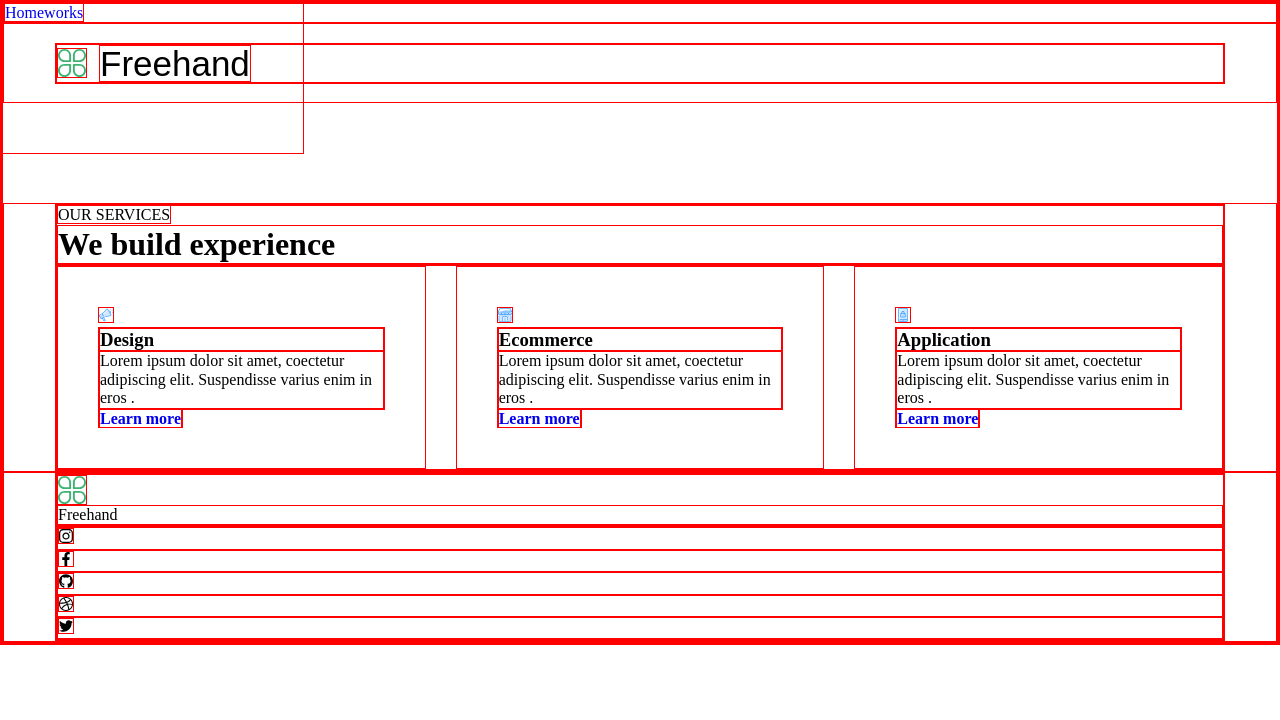
Repository: Tsiniavska/beetroot-test-project
Page: Homeworks/svg/index.html
An editor plug-in stored every save of this project. The page is shown before and after the next save, followed by the edit.
The browser window is 1280 px wide. The pictures show the whole page.
Some web fonts or font styles are not loaded; a fallback is used.

Above is the page before, as saved 2024-02-28 22:16:06.

### Homeworks/svg/index.html
<!DOCTYPE html>
<html lang="en">
  <head>
    <meta charset="UTF-8" />
    <meta name="viewport" content="width=device-width, initial-scale=1.0" />
    <title>SVG</title>
    <!-- Fonts -->

    <link rel="preconnect" href="https://fonts.googleapis.com" />
    <link rel="preconnect" href="https://fonts.gstatic.com" crossorigin />
    <link
      href="https://fonts.googleapis.com/css2?family=Nunito+Sans:ital,opsz,wght@0,6..12,200..1000;1,6..12,200..1000&family=Roboto&display=swap"
      rel="stylesheet"
    />
    <link rel="preconnect" href="https://fonts.googleapis.com" />
    <link rel="preconnect" href="https://fonts.gstatic.com" crossorigin />
    <link
      href="https://fonts.googleapis.com/css2?family=Quicksand:wght@500&display=swap"
      rel="stylesheet"
    />

    <!-- Styles -->
    <link rel="stylesheet" href="../../styles/normalize.css" />
    <link rel="stylesheet" href="../../styles/main.css" />
    <link rel="stylesheet" href="./index.css" />
    <link rel="stylesheet" href="./variables.css" />
  </head>
  <body>
    <!-- Icons -->
    <svg
      aria-hidden="true"
      style="position: absolute; overflow: hidden"
      xmlns="http://www.w3.org/2000/svg"
      xmlns:xlink="http://www.w3.org/1999/xlink"
    >
      <defs>
        <symbol id="icon-logo" viewBox="0 0 32 32">
          <path
            d="M7.467 0c-4.124 0-7.467 3.343-7.467 7.467s3.343 7.467 7.467 7.467v0h6.4c0.589 0 1.067-0.478 1.067-1.067v0-6.4c0-4.124-3.343-7.467-7.467-7.467v0zM2.133 7.467c0-2.946 2.388-5.333 5.333-5.333s5.333 2.388 5.333 5.333v0 5.333h-5.333c-2.946 0-5.333-2.388-5.333-5.333v0zM7.467 32c-4.124 0-7.467-3.343-7.467-7.467s3.343-7.467 7.467-7.467v0h6.4c0.589 0 1.067 0.478 1.067 1.067v0 6.4c0 4.124-3.343 7.467-7.467 7.467v0zM2.133 24.533c0 2.945 2.388 5.333 5.333 5.333s5.333-2.388 5.333-5.333v0-5.333h-5.333c-2.946 0-5.333 2.388-5.333 5.333v0zM32 7.467c0-4.124-3.343-7.467-7.467-7.467s-7.467 3.343-7.467 7.467v0 6.4c0 0.589 0.478 1.067 1.067 1.067v0h6.4c4.124 0 7.467-3.343 7.467-7.467v0zM24.533 2.133c2.945 0 5.333 2.388 5.333 5.333s-2.388 5.333-5.333 5.333v0h-5.333v-5.333c0-2.946 2.388-5.333 5.333-5.333v0zM24.533 32c4.124 0 7.467-3.343 7.467-7.467s-3.343-7.467-7.467-7.467v0h-6.4c-0.589 0-1.067 0.478-1.067 1.067v0 6.4c0 4.124 3.343 7.467 7.467 7.467v0zM29.867 24.533c0 2.945-2.388 5.333-5.333 5.333s-5.333-2.388-5.333-5.333v0-5.333h5.333c2.945 0 5.333 2.388 5.333 5.333v0z"
          ></path>
        </symbol>
        <symbol id="icon-twitter" viewBox="0 0 32 32">
          <path
            d="M28.711 9.482c0.020 0.284 0.020 0.569 0.020 0.853 0 8.67-6.599 18.66-18.66 18.66-3.716 0-7.168-1.076-10.071-2.944 0.528 0.061 1.036 0.081 1.584 0.081 3.066 0 5.888-1.036 8.142-2.802-2.883-0.061-5.3-1.949-6.132-4.548 0.406 0.061 0.812 0.102 1.239 0.102 0.589 0 1.178-0.081 1.726-0.223-3.005-0.609-5.259-3.249-5.259-6.437v-0.081c0.873 0.487 1.888 0.792 2.964 0.832-1.766-1.178-2.924-3.188-2.924-5.462 0-1.218 0.325-2.335 0.893-3.31 3.228 3.98 8.081 6.579 13.523 6.863-0.101-0.487-0.162-0.995-0.162-1.502 0-3.614 2.924-6.558 6.558-6.558 1.888 0 3.594 0.792 4.792 2.071 1.482-0.284 2.904-0.833 4.163-1.584-0.487 1.523-1.523 2.802-2.883 3.614 1.32-0.142 2.599-0.508 3.777-1.015-0.893 1.299-2.010 2.457-3.289 3.391z"
          ></path>
        </symbol>
        <symbol id="icon-facebook" viewBox="0 0 32 32">
          <path
            d="M23.446 18l0.889-5.791h-5.557v-3.758c0-1.584 0.776-3.129 3.265-3.129h2.526v-4.931c0 0-2.293-0.391-4.484-0.391-4.576 0-7.567 2.774-7.567 7.795v4.414h-5.087v5.791h5.087v14h6.261v-14h4.668z"
          ></path>
        </symbol>
        <symbol id="icon-instagram" viewBox="0 0 32 32">
          <path
            d="M16.004 7.797c-4.54 0-8.203 3.662-8.203 8.203s3.662 8.203 8.203 8.203 8.203-3.662 8.203-8.203c0-4.54-3.662-8.203-8.203-8.203zM16.004 21.333c-2.934 0-5.333-2.392-5.333-5.333s2.392-5.333 5.333-5.333 5.333 2.392 5.333 5.333c0 2.941-2.399 5.333-5.333 5.333zM26.455 7.462c0 1.064-0.857 1.913-1.913 1.913-1.064 0-1.913-0.857-1.913-1.913s0.857-1.913 1.913-1.913c1.057 0 1.913 0.857 1.913 1.913zM31.887 9.404c-0.121-2.563-0.707-4.833-2.584-6.703-1.87-1.87-4.14-2.456-6.703-2.584-2.641-0.15-10.558-0.15-13.2 0-2.556 0.121-4.826 0.707-6.703 2.577s-2.456 4.141-2.584 6.703c-0.15 2.641-0.15 10.558 0 13.2 0.121 2.563 0.707 4.833 2.584 6.703s4.141 2.456 6.703 2.584c2.641 0.15 10.558 0.15 13.2 0 2.563-0.121 4.833-0.707 6.703-2.584 1.87-1.87 2.456-4.141 2.584-6.703 0.15-2.641 0.15-10.551 0-13.193zM28.475 25.431c-0.557 1.399-1.635 2.477-3.041 3.041-2.106 0.835-7.103 0.642-9.43 0.642s-7.332 0.186-9.43-0.642c-1.399-0.557-2.477-1.635-3.041-3.041-0.835-2.106-0.643-7.103-0.643-9.431s-0.186-7.332 0.643-9.43c0.557-1.399 1.635-2.477 3.041-3.041 2.106-0.835 7.103-0.643 9.43-0.643s7.332-0.186 9.43 0.643c1.399 0.557 2.477 1.635 3.041 3.041 0.835 2.106 0.643 7.103 0.643 9.43s0.193 7.332-0.643 9.431z"
          ></path>
        </symbol>
        <symbol id="icon-github" viewBox="0 0 32 32">
          <path
            d="M10.703 25.522c0 0.129-0.148 0.232-0.335 0.232-0.213 0.019-0.361-0.084-0.361-0.232 0-0.129 0.148-0.232 0.335-0.232 0.194-0.019 0.361 0.084 0.361 0.232zM8.697 25.232c-0.045 0.129 0.084 0.277 0.277 0.316 0.168 0.065 0.361 0 0.4-0.129s-0.084-0.277-0.277-0.336c-0.168-0.045-0.355 0.019-0.4 0.148zM11.548 25.122c-0.187 0.045-0.316 0.168-0.297 0.316 0.019 0.129 0.187 0.213 0.381 0.168 0.187-0.045 0.316-0.168 0.297-0.297-0.019-0.123-0.194-0.206-0.381-0.187zM15.794 0.4c-8.948 0-15.794 6.794-15.794 15.742 0 7.155 4.503 13.277 10.935 15.432 0.826 0.148 1.116-0.361 1.116-0.781 0-0.4-0.019-2.607-0.019-3.961 0 0-4.516 0.968-5.465-1.923 0 0-0.736-1.877-1.794-2.361 0 0-1.477-1.013 0.103-0.993 0 0 1.606 0.129 2.49 1.664 1.413 2.49 3.781 1.774 4.703 1.348 0.148-1.032 0.568-1.748 1.032-2.174-3.606-0.4-7.245-0.923-7.245-7.129 0-1.774 0.49-2.665 1.523-3.8-0.168-0.419-0.716-2.148 0.168-4.381 1.348-0.419 4.452 1.742 4.452 1.742 1.29-0.361 2.677-0.548 4.052-0.548s2.761 0.187 4.052 0.548c0 0 3.103-2.168 4.452-1.742 0.884 2.239 0.336 3.961 0.168 4.381 1.032 1.142 1.664 2.032 1.664 3.8 0 6.226-3.8 6.723-7.406 7.129 0.594 0.51 1.097 1.477 1.097 2.993 0 2.174-0.019 4.865-0.019 5.394 0 0.419 0.297 0.929 1.116 0.781 6.452-2.142 10.826-8.264 10.826-15.419 0-8.948-7.258-15.742-16.206-15.742zM6.271 22.651c-0.084 0.064-0.064 0.213 0.045 0.335 0.103 0.103 0.252 0.148 0.335 0.065 0.084-0.065 0.064-0.213-0.045-0.336-0.103-0.103-0.252-0.148-0.335-0.064zM5.574 22.129c-0.045 0.084 0.019 0.187 0.148 0.252 0.103 0.064 0.232 0.045 0.277-0.045 0.045-0.084-0.019-0.187-0.148-0.252-0.129-0.039-0.232-0.019-0.277 0.045zM7.665 24.425c-0.103 0.084-0.064 0.277 0.084 0.4 0.148 0.148 0.336 0.168 0.419 0.065 0.084-0.084 0.045-0.277-0.084-0.4-0.142-0.148-0.335-0.168-0.419-0.065zM6.929 23.477c-0.103 0.064-0.103 0.232 0 0.381s0.277 0.213 0.361 0.148c0.103-0.084 0.103-0.252 0-0.4-0.090-0.148-0.258-0.213-0.361-0.129z"
          ></path>
        </symbol>
        <symbol id="icon-dribbble" viewBox="0 0 32 32">
          <path
            d="M16 0c-8.822 0-16 7.178-16 16s7.178 16 16 16c8.822 0 16-7.178 16-16s-7.178-16-16-16zM26.579 7.378c1.903 2.326 3.056 5.288 3.086 8.513-0.451-0.095-4.969-1.012-9.516-0.44-0.371-0.906-0.721-1.703-1.201-2.685 5.053-2.063 7.343-4.999 7.631-5.389zM25.059 5.798c-0.246 0.35-2.303 3.115-7.163 4.937-2.239-4.115-4.722-7.495-5.099-8.001 4.334-1.045 8.901 0.082 12.262 3.064zM10.19 3.653c0.36 0.494 2.802 3.878 5.067 7.904-6.393 1.698-12.023 1.673-12.634 1.665 0.886-4.241 3.744-7.765 7.568-9.569zM2.334 16.021c0-0.14 0.003-0.279 0.007-0.418 0.598 0.012 7.221 0.098 14.046-1.945 0.391 0.766 0.765 1.543 1.108 2.319-4.942 1.392-9.432 5.389-11.647 9.181-2.183-2.423-3.513-5.628-3.513-9.138zM7.611 26.802c1.428-2.918 5.302-6.685 10.811-8.565 1.919 4.986 2.712 9.165 2.915 10.364-4.394 1.872-9.678 1.358-13.727-1.799zM23.636 27.35c-0.14-0.831-0.867-4.832-2.655-9.744 4.283-0.685 8.045 0.437 8.513 0.584-0.609 3.803-2.792 7.087-5.858 9.16z"
          ></path>
        </symbol>
        <symbol id="icon-phone" viewBox="0 0 32 32">
          <path
            class="icon-change-color"
            fill="#d1e7ff"
            style="fill: var(--color1, #d1e7ff)"
            d="M23.839 0.533c1.259 0 2.28 0.955 2.28 2.133v26.667c0 1.178-1.021 2.133-2.28 2.133h-15.678c-1.259 0-2.28-0.955-2.28-2.133v-26.667c0-1.178 1.021-2.133 2.28-2.133h15.678z"
          ></path>
          <path
            class="icon-change-color"
            fill="#b9dcff"
            style="fill: var(--color2, #b9dcff)"
            d="M19.586 11.981c0.546 0 1.003 0.385 1.063 0.892l0.762 6.552c0.069 0.591-0.426 1.108-1.063 1.108h-8.697c-0.636 0-1.132-0.517-1.063-1.108l0.762-6.552c0.059-0.507 0.517-0.892 1.063-0.892h7.172z"
          ></path>
          <path
            class="icon-change-color"
            fill="#e8f3ff"
            style="fill: var(--color3, #e8f3ff)"
            d="M23.947 0.536c1.834 0.080 1.737 2.664-0.099 2.664h-7.42c-4.251 0-7.696 3.224-7.696 7.2v21.067h-0.57c-1.259 0-2.28-0.955-2.28-2.133v-26.667c0-1.178 1.021-2.133 2.28-2.133 0.103 0 15.702-0.001 15.786 0.002z"
          ></path>
          <path
            class="icon-change-color"
            fill="#b9dcff"
            style="fill: var(--color2, #b9dcff)"
            d="M26.119 26.8v2.533c0 1.178-1.021 2.133-2.28 2.133h-15.678c-1.259 0-2.28-0.955-2.28-2.133v-2.533h20.238z"
          ></path>
          <path
            class="icon-change-color"
            fill="#d1e7ff"
            style="fill: var(--color1, #d1e7ff)"
            d="M8.731 26.8v2.541c0 1.737-2.85 1.826-2.85-0.008v-2.533h2.85z"
          ></path>
          <path
            class="icon-change-color"
            fill="#d1e7ff"
            style="fill: var(--color1, #d1e7ff)"
            d="M19.586 13.981c-3.453 0-6.276 2.432-6.64 5.565-0.065 0.562-0.572 0.987-1.176 0.987h-0.118c-0.636 0-1.132-0.517-1.063-1.108l0.762-6.552c0.059-0.507 0.517-0.892 1.063-0.892h7.172c0.545 0 1.003 0.384 1.063 0.892 0.069 0.593-0.427 1.108-1.062 1.108z"
          ></path>
          <path
            class="icon-change-color"
            fill="#007ffc"
            style="fill: var(--color4, #007ffc)"
            d="M23.839 0h-15.678c-1.572 0-2.85 1.196-2.85 2.667v26.667c0 1.47 1.279 2.667 2.85 2.667h15.678c1.572 0 2.851-1.196 2.851-2.667v-26.667c0-1.47-1.279-2.667-2.851-2.667zM23.839 30.933h-15.678c-0.943 0-1.71-0.718-1.71-1.6v-26.667c0-0.882 0.767-1.6 1.71-1.6h15.678c0.943 0 1.71 0.718 1.71 1.6v23.6h-16.319c-0.315 0-0.57 0.239-0.57 0.533s0.255 0.533 0.57 0.533h16.319v2c0 0.882-0.767 1.6-1.71 1.6zM17.283 29c0 0.295-0.255 0.533-0.57 0.533h-1.425c-0.315 0-0.57-0.239-0.57-0.533s0.255-0.533 0.57-0.533h1.425c0.315 0 0.57 0.239 0.57 0.533zM11.652 21.067h8.697c0.975 0 1.735-0.793 1.629-1.699l-0.762-6.552c-0.091-0.779-0.791-1.367-1.629-1.367h-0.528v-0.987c-0-1.578-1.372-2.861-3.058-2.861s-3.058 1.283-3.058 2.861v0.987h-0.528c-0.838 0-1.539 0.588-1.629 1.367l-0.762 6.552c-0.106 0.907 0.655 1.699 1.629 1.699zM11.156 19.483l0.762-6.552c0.028-0.237 0.241-0.416 0.496-0.416h0.528v0.832c0 0.295 0.255 0.533 0.57 0.533s0.57-0.239 0.57-0.533v-2.886c0-0.989 0.86-1.794 1.918-1.794s1.918 0.805 1.918 1.794v0.987h-2.466c-0.315 0-0.57 0.239-0.57 0.533s0.255 0.533 0.57 0.533h2.466v0.832c0 0.295 0.255 0.533 0.57 0.533s0.57-0.239 0.57-0.533v-0.832h0.528c0.255 0 0.468 0.179 0.496 0.416l0.762 6.552c0.032 0.276-0.198 0.517-0.496 0.517h-8.697c-0.297 0-0.528-0.24-0.496-0.517z"
          ></path>
        </symbol>
        <symbol id="icon-megaphone" viewBox="0 0 32 32">
          <path
            fill="#d1e7ff"
            style="fill: var(--color1, #d1e7ff)"
            d="M27.482 15.2c0.639 1.036-0.127 2.337-1.405 2.383-4.667 0.171-9.425 1.261-13.911 3.408l-1.483 0.801c0 0.006-0.020-0.033 3.591 5.843 0.331 0.538 0.135 1.224-0.439 1.535l-1.17 0.632c-0.574 0.31-1.309 0.126-1.64-0.412l-3.602-5.836-0.585 0.316c-1.149 0.62-2.617 0.252-3.281-0.823l-2.701-4.377c-0.663-1.075-0.269-2.449 0.879-3.069l5.329-2.878c4.072-2.464 7.523-5.728 10.11-9.566 0.682-1.012 2.269-0.983 2.909 0.053l2.311 3.746c1.328-0.717 3.027-0.291 3.793 0.951s0.311 2.831-1.017 3.548l2.312 3.746z"
          ></path>
          <path
            fill="#d1e7ff"
            style="fill: var(--color1, #d1e7ff)"
            d="M26.186 7.906c0.767 1.242 0.311 2.831-1.017 3.548l-2.777-4.499c1.328-0.717 3.027-0.291 3.793 0.951z"
          ></path>
          <path
            fill="#e8f3ff"
            style="fill: var(--color3, #e8f3ff)"
            d="M20.082 3.209c0.319 0.517 0.299 1.159-0.054 1.657-2.848 4.014-6.664 7.641-11.332 10.466l-6.243 3.372c-0.429 0.232-0.768 0.553-1.005 0.924l-0.592-0.959c-0.663-1.075-0.269-2.449 0.879-3.069l5.329-2.878c4.072-2.464 7.523-5.728 10.11-9.566 0.682-1.012 2.269-0.983 2.909 0.053z"
          ></path>
          <path
            fill="#b9dcff"
            style="fill: var(--color2, #b9dcff)"
            d="M7.063 12.723l5.103 8.269c-1.023 0.552-4.308 2.326-5.329 2.878-1.149 0.62-2.617 0.252-3.281-0.823l-2.701-4.377c-0.663-1.075-0.269-2.449 0.879-3.069l5.329-2.878z"
          ></path>
          <path
            fill="#d1e7ff"
            style="fill: var(--color1, #d1e7ff)"
            d="M8.679 15.341c-6.781 3.662-6.331 3.407-6.55 3.566-0.412 0.3-1.013 0.185-1.274-0.238-0.663-1.075-0.269-2.449 0.879-3.069l5.329-2.878 1.616 2.619z"
          ></path>
          <path
            fill="#b9dcff"
            style="fill: var(--color2, #b9dcff)"
            d="M11.653 23.373c-1.897 1.028-0.501 0.271-3.257 1.759l-0.975-1.578 3.261-1.761 0.971 1.58z"
          ></path>
          <path
            fill="#b9dcff"
            style="fill: var(--color2, #b9dcff)"
            d="M26.020 10.741c-0.22 0.283-0.506 0.528-0.851 0.713l-2.777-4.499c0.345-0.186 0.715-0.295 1.086-0.332 0.14 0.226 2.419 3.921 2.541 4.118z"
          ></path>
          <path
            fill="#007ffc"
            style="fill: var(--color4, #007ffc)"
            d="M25.877 11.602c2.081-1.591 1.362-4.736-1.238-5.388-0.68-0.17-1.383-0.135-2.028 0.095l-2.067-3.349c-0.841-1.363-2.927-1.399-3.822-0.070-2.542 3.772-5.928 6.98-9.949 9.414-0.229 0.138-0.314 0.424-0.178 0.657 0.022 0.037 3.445 5.583 3.468 5.62 0.147 0.239 0.473 0.32 0.729 0.183s0.342-0.443 0.195-0.682l-3.21-5.202c3.834-2.397 7.229-5.571 9.848-9.458 0.468-0.695 1.557-0.674 1.996 0.037l7.4 11.991c0.439 0.711-0.087 1.604-0.964 1.636-4.917 0.179-9.732 1.356-14.133 3.462-0.019 0.009-5.009 2.705-5.353 2.89-0.892 0.482-2.037 0.195-2.552-0.64l-2.701-4.378c-0.515-0.834-0.208-1.905 0.684-2.387l3.251-1.756c0.255-0.138 0.342-0.443 0.195-0.682s-0.474-0.32-0.729-0.183l-3.251 1.756c-1.401 0.757-1.883 2.439-1.074 3.75l2.702 4.377c0.809 1.311 2.608 1.762 4.009 1.005l0.123-0.066 3.335 5.404c0.479 0.776 1.538 1.042 2.369 0.594l1.17-0.632c0.83-0.448 1.114-1.439 0.635-2.216l-2.364-3.83c-0.147-0.239-0.474-0.32-0.729-0.183s-0.342 0.443-0.195 0.682l2.364 3.83c0.184 0.299 0.075 0.68-0.244 0.853l-1.17 0.632c-0.319 0.172-0.727 0.070-0.912-0.229l-3.335-5.404 4.27-2.307c4.179-1.997 8.828-3.171 13.677-3.347 1.681-0.061 2.686-1.771 1.846-3.132l-2.067-3.349zM25.724 8.155c0.527 0.853 0.337 1.912-0.391 2.565l-2.179-3.531c0.955-0.262 2.035 0.099 2.57 0.966zM30.941 5.937l-1.38 0.745c-0.255 0.138-0.581 0.056-0.729-0.183s-0.060-0.544 0.195-0.682l1.38-0.745c0.255-0.138 0.581-0.056 0.729 0.183s0.060 0.544-0.195 0.682zM25.006 3.093l0.337-1.175c0.076-0.266 0.369-0.424 0.653-0.353s0.453 0.345 0.377 0.611l-0.337 1.175c-0.076 0.265-0.368 0.424-0.653 0.353-0.284-0.071-0.453-0.345-0.377-0.611zM31.982 11.265c-0.064 0.223-0.279 0.37-0.515 0.37-0.096 0-0.029 0.010-1.394-0.332-0.285-0.071-0.453-0.345-0.377-0.611s0.369-0.424 0.653-0.353l1.256 0.315c0.284 0.071 0.453 0.345 0.377 0.611z"
          ></path>
        </symbol>
        <symbol id="icon-building" viewBox="0 0 32 32">
          <path
            fill="#d1e7ff"
            style="fill: var(--color1, #d1e7ff)"
            d="M29.862 12.11v16.36c0 1.102-0.955 1.995-2.133 1.995h-23.461c-1.178 0-2.133-0.893-2.133-1.995 0-15.466-0.001-12.569 0.005-16.36h27.722z"
          ></path>
          <path
            fill="#b9dcff"
            style="fill: var(--color2, #b9dcff)"
            d="M29.862 12.11v3.779c0 0.818-0.701 1.495-1.575 1.498-0.010 0-24.561 0-24.578 0-0.874-0.004-1.574-0.681-1.574-1.498 0-1.091-0.001-0.338 0.005-3.779h27.722z"
          ></path>
          <path
            fill="#e8f3ff"
            style="fill: var(--color3, #e8f3ff)"
            d="M21.397 21.549v8.916h-10.798v-8.916c0-1.102 0.955-1.995 2.133-1.995h6.532c1.178 0 2.133 0.893 2.133 1.995z"
          ></path>
          <path
            fill="#b9dcff"
            style="fill: var(--color2, #b9dcff)"
            d="M31.462 12.11c0 1.996-1.73 3.617-3.866 3.617s-3.866-1.619-3.866-3.617c0 1.997-1.731 3.617-3.866 3.617s-3.866-1.619-3.866-3.617c0 1.997-1.731 3.617-3.866 3.617s-3.866-1.619-3.866-3.617c-0.003 1.984-1.749 3.617-3.866 3.617-2.114 0-3.862-1.63-3.866-3.617 0-3.143-0.009-2.95 0.023-3.094 0.032-0.142-0.19 0.36 3.164-6.881 0.169-0.365 0.554-0.601 0.978-0.601h22.595c0.424 0 0.809 0.236 0.978 0.601 3.356 7.246 3.132 6.74 3.164 6.881 0.032 0.144 0.023-0.053 0.023 3.094z"
          ></path>
          <path
            fill="#b9dcff"
            style="fill: var(--color2, #b9dcff)"
            d="M31.462 12.11c0 1.996-1.73 3.616-3.866 3.616s-3.866-1.619-3.866-3.616c0 1.997-1.731 3.616-3.866 3.616s-3.866-1.619-3.866-3.616c0 1.997-1.731 3.616-3.866 3.616s-3.866-1.619-3.866-3.616c-0.003 1.984-1.749 3.616-3.866 3.616-2.114 0-3.862-1.63-3.866-3.616-0.005-3.16-0.004-2.971 0.023-3.094h30.88c0.032 0.144 0.023-0.053 0.023 3.094z"
          ></path>
          <path
            fill="#fff"
            style="fill: var(--color5, #fff)"
            d="M27.008 4.2c-6.77-0.872-13.603 0.246-19.129 4.142-0.622 0.439-1.38 0.675-2.159 0.675h-5.16c0.032-0.142-0.19 0.36 3.164-6.881 0.169-0.365 0.554-0.601 0.978-0.601h22.595c0.425 0 0.809 0.236 0.978 0.601l0.149 0.321c0.416 0.899-0.378 1.878-1.415 1.744z"
          ></path>
          <path
            fill="#007ffc"
            style="fill: var(--color4, #007ffc)"
            d="M30.395 17.933v10.538c0 1.375-1.196 2.494-2.666 2.494h-23.461c-1.47 0-2.666-1.119-2.666-2.494v-10.538c0-0.275 0.239-0.499 0.533-0.499s0.533 0.223 0.533 0.499v10.538c0 0.825 0.718 1.497 1.6 1.497h5.799v-8.418c0-1.375 1.196-2.494 2.666-2.494h6.532c1.47 0 2.666 1.119 2.666 2.494v6.422c0 0.275-0.239 0.499-0.533 0.499s-0.533-0.223-0.533-0.499v-6.422c0-0.825-0.718-1.497-1.6-1.497h-6.532c-0.882 0-1.6 0.671-1.6 1.497v8.418h4.332v-7.857c0-0.275 0.239-0.499 0.533-0.499s0.533 0.223 0.533 0.499v7.857h11.197c0.882 0 1.6-0.671 1.6-1.497v-10.538c0-0.275 0.239-0.499 0.533-0.499s0.533 0.223 0.533 0.499zM3.468 9.016c0 0.275 0.239 0.499 0.533 0.499 29.011 0 27.573 0.049 27.785-0.104 0.111-0.080 0.183-0.195 0.203-0.326 0.030-0.2 0.221 0.293-3.504-7.75-0.085-0.182-0.277-0.3-0.489-0.3h-23.994c-0.212 0-0.405 0.118-0.489 0.3l-3.466 7.482c-0.061 0.132-0.044-0.078-0.044 3.293 0.004 2.269 1.977 4.115 4.399 4.115 1.665 0 3.118-0.872 3.865-2.155 1.668 2.868 6.062 2.871 7.733 0.002 1.67 2.867 6.061 2.867 7.732 0 0.746 1.281 2.199 2.153 3.866 2.153 2.426 0 4.399-1.846 4.399-4.115 0-0.275-0.239-0.499-0.533-0.499s-0.533 0.223-0.533 0.499c0 1.719-1.495 3.118-3.333 3.118s-3.332-1.399-3.332-3.118c0-0.275-0.239-0.499-0.533-0.499s-0.533 0.223-0.533 0.499c0 1.719-1.495 3.118-3.333 3.118s-3.333-1.399-3.333-3.118c0-0.275-0.239-0.499-0.533-0.499s-0.533 0.223-0.533 0.499c0 1.719-1.495 3.118-3.333 3.118-1.797 0-3.332-1.351-3.332-3.143 0-0.275-0.239-0.499-0.533-0.499s-0.533 0.223-0.533 0.499c0 1.777-1.526 3.143-3.333 3.143-1.835 0-3.33-1.399-3.333-3.118v-2.99l3.283-7.087h23.294l3.004 6.485h-26.648c-0.295 0-0.533 0.223-0.533 0.499z"
          ></path>
        </symbol>
      </defs>
    </svg>

    <div class="app">
      <!-- link homeworks -->
      <div>
        <a href="../../index.html">Homeworks</a>
      </div>

      <!-- Header -->
      <header class="header">
        <div class="wrapper">
          <div class="header-wrapper">
            <svg class="icon icon-logo">
              <use xlink:href="#icon-logo"></use>
            </svg>
            <div class="header-title">Freehand</div>
          </div>
        </div>
      </header>

      <!-- Main-->
      <main class="content">
        <div class="wrapper">
          <div class="content-topic">
            <span>OUR SERVICES</span>
            <h1 class="content-title">We build experience</h1>
          </div>

          <!-- content colums -->
          <div class="content-blocks">
            <div class="content-blocks-item">
              <svg class="icon icon-megaphone icon-content">
                <use xlink:href="#icon-megaphone"></use>
              </svg>
              <div class="content-blocks-item-text">
                <h3>Design</h3>
                <p>
                  Lorem ipsum dolor sit amet, coectetur adipiscing elit.
                  Suspendisse varius enim in eros .
                </p>
              </div>

              <a class="content-blocks-link" href="#"><b>Learn more</b></a>
            </div>
            <div class="content-blocks-item">
              <svg class="icon icon-building icon-content">
                <use xlink:href="#icon-building"></use>
              </svg>
              <div class="content-blocks-item-text">
                <h3>Ecommerce</h3>
                <p>
                  Lorem ipsum dolor sit amet, coectetur adipiscing elit.
                  Suspendisse varius enim in eros .
                </p>
              </div>

              <a class="content-blocks-link" href="#"><b>Learn more</b></a>
            </div>

            <div class="content-blocks-item">
              <svg class="icon icon-phone icon-content">
                <use xlink:href="#icon-phone"></use>
              </svg>
              <div class="content-blocks-item-text">
                <h3>Application</h3>
                <p>
                  Lorem ipsum dolor sit amet, coectetur adipiscing elit.
                  Suspendisse varius enim in eros .
                </p>
              </div>

              <a class="content-blocks-link" href="#"><b>Learn more</b></a>
            </div>
          </div>
        </div>
      </main>

      <!-- Footer -->
      <footer class="footer">
        <div class="wrapper footer-content">
          <div class="footer-logo">
            <svg class="icon icon-logo">
              <use xlink:href="#icon-logo"></use>
            </svg>
            <div class="footer-title">Freehand</div>
          </div>
          <div class="footer-icon-block">
            <div class="footer-icon-block-item">
              <svg class="icon icon-instagram icon-footer-size">
                <use xlink:href="#icon-instagram"></use>
              </svg>
            </div>
            <div class="footer-icon-block-item">
              <svg class="icon icon-facebook icon-footer-size">
                <use xlink:href="#icon-facebook"></use>
              </svg>
            </div>
            <div class="footer-icon-block-item">
              <svg class="icon icon-github icon-footer-size">
                <use xlink:href="#icon-github"></use>
              </svg>
            </div>
            <div class="footer-icon-block-item">
              <svg class="icon icon-dribbble icon-footer-size">
                <use xlink:href="#icon-dribbble"></use>
              </svg>
            </div>
            <div class="footer-icon-block-item">
              <svg class="icon icon-twitter icon-footer-size">
                <use xlink:href="#icon-twitter"></use>
              </svg>
            </div>
          </div>
        </div>
      </footer>
    </div>
  </body>
</html>

### styles/main.css
/* Global */
* {
  /* TODO removed */
  border: 1px solid red;
  box-sizing: border-box;
  padding: 0;
  margin: 0;
}

/* Body */
body {
  font-size: 16px;
}

/* Titles */
h1,
h2,
h3,
h4,
h5,
h6 {
  margin-bottom: 0;
  margin-top: 0;
}

img {
  width: 100%;
}

a {
  text-decoration: none;
}

ul {
  list-style-type: none;
}

.icon {
  display: inline-block;
  width: 1em;
  height: 1em;
  stroke-width: 0;
  stroke: currentColor;
  fill: currentColor;
}

### Homeworks/svg/index.css
.wrapper {
  max-width: 1170px;
  width: 100%;
  margin: 0 auto;
}

/* Header */

.header {
  min-height: var(--h-header);
  width: 100%;
  display: flex;
  align-items: center;
}

.header-wrapper {
  display: flex;
  align-items: center;
  gap: 12px;
}

.icon-logo {
  width: 30px;
  height: 30px;
  color: var(--c-green);
  display: flex;
}

.header-title {
  font-family: var(--f-logo);
  font-size: 35px;
  line-height: 35px;
}

/* Content blocks */

.content {
  margin-top: 100px;
}

.content-blocks {
  display: flex;
  align-items: center;
  gap: 30px;
}

.content-blocks-item {
  padding: 40px;
}

.icon-content {
}

### Homeworks/svg/variables.css
:root {
  /* Color */
  --c-green: #3db370;
  --c-dark-blue: #16133d;
  --c-silver: #e5eaf4;
  --c-silver-2: #efeef3;
  --c-white: #ffffff;
  /* Fonts */
  --f-h1: "Nunito Sans", sans-serif;
  --f-text: "Roboto", sans-serif;
  --f-logo: "Quicksand", sans-serif;
  /* Height */
  --h-header: 80px;
  --h-footer: 210px;
}

Loaded but not shown: styles/normalize.css (library)

After the next save:
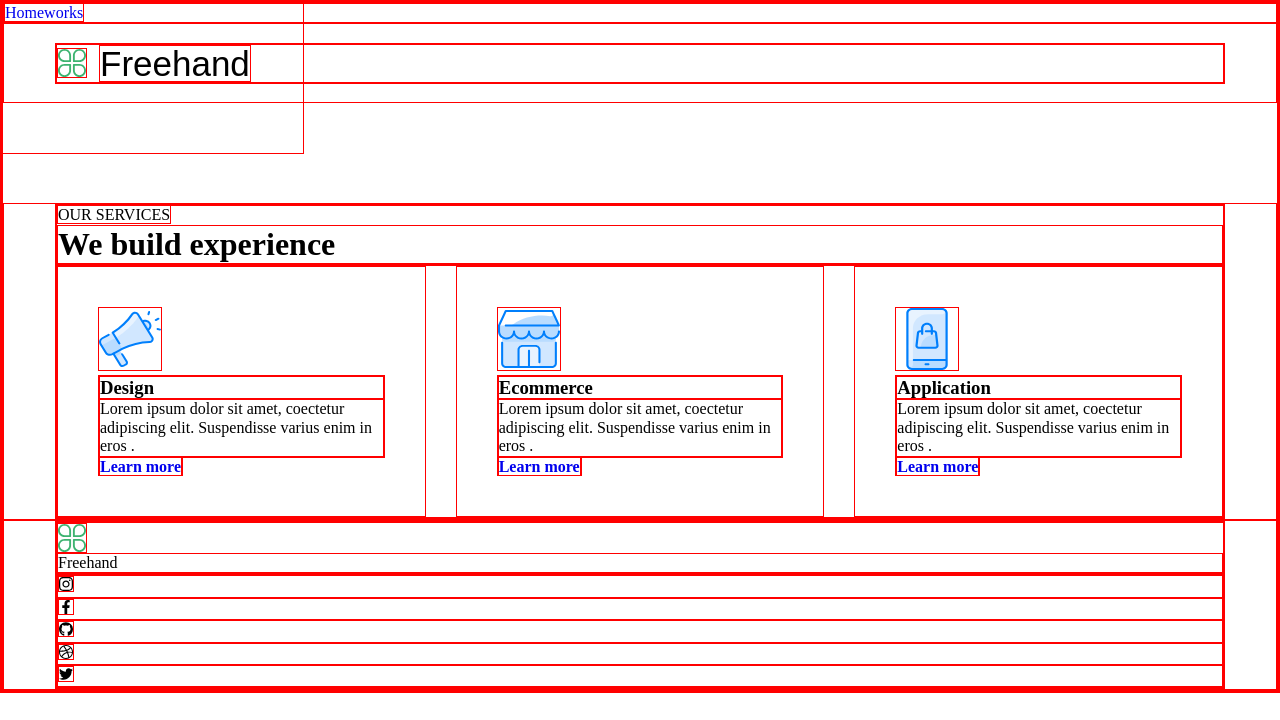
Saved 23 s later.
--- a/Homeworks/svg/index.css
+++ b/Homeworks/svg/index.css
@@ -49,4 +49,6 @@
 }
 
 .icon-content {
+  width: 64px;
+  height: 64px;
 }
